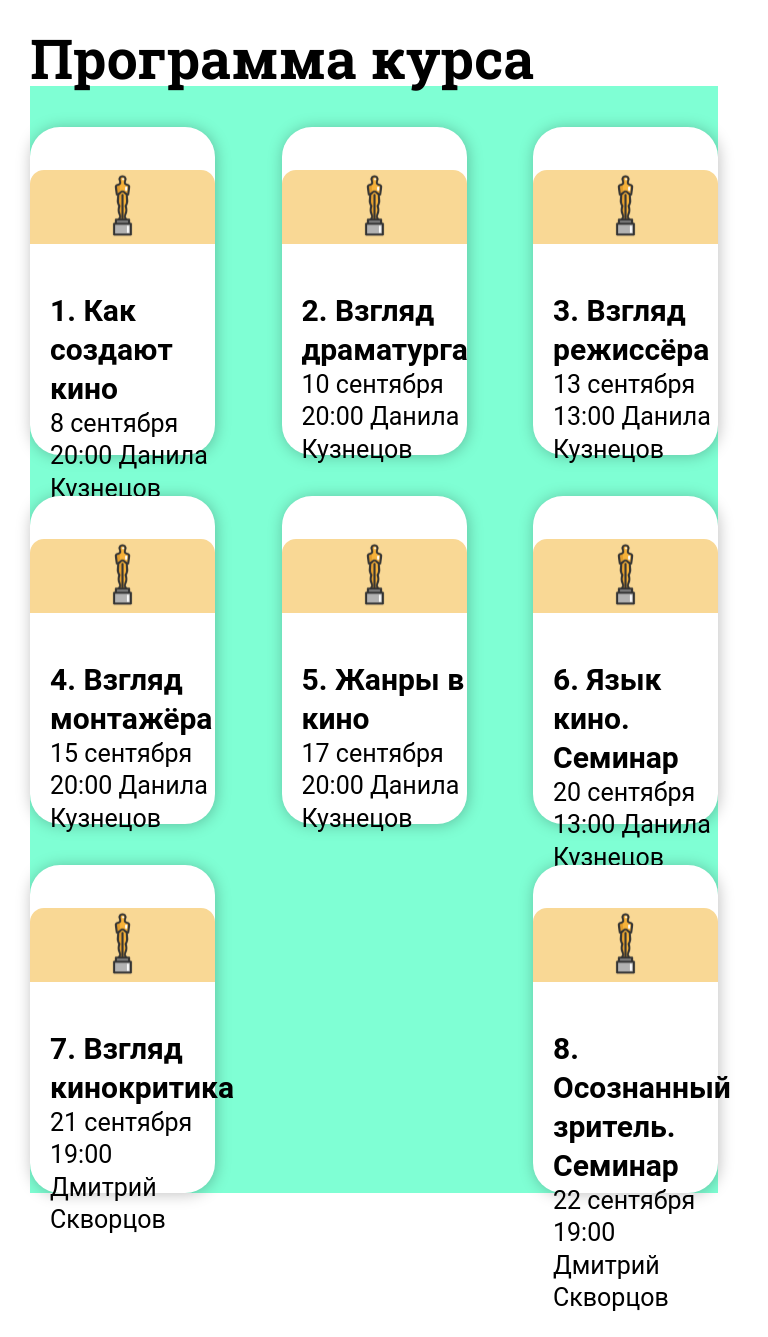
Repository: MehdiKerimov/Figma-task-18
Page: pages/homePage/index.html
An editor plug-in stored every save of this project. The page is shown before and after the next save, followed by the edit.
The browser window is 768 px wide. The pictures show the whole page.
The style sheet was rebuilt from its Sass, Less or Tailwind sources for each picture, by a compiler version that may differ from the author's.

Above is the page before, as saved 2023-11-28 10:33:57.

After the next save:
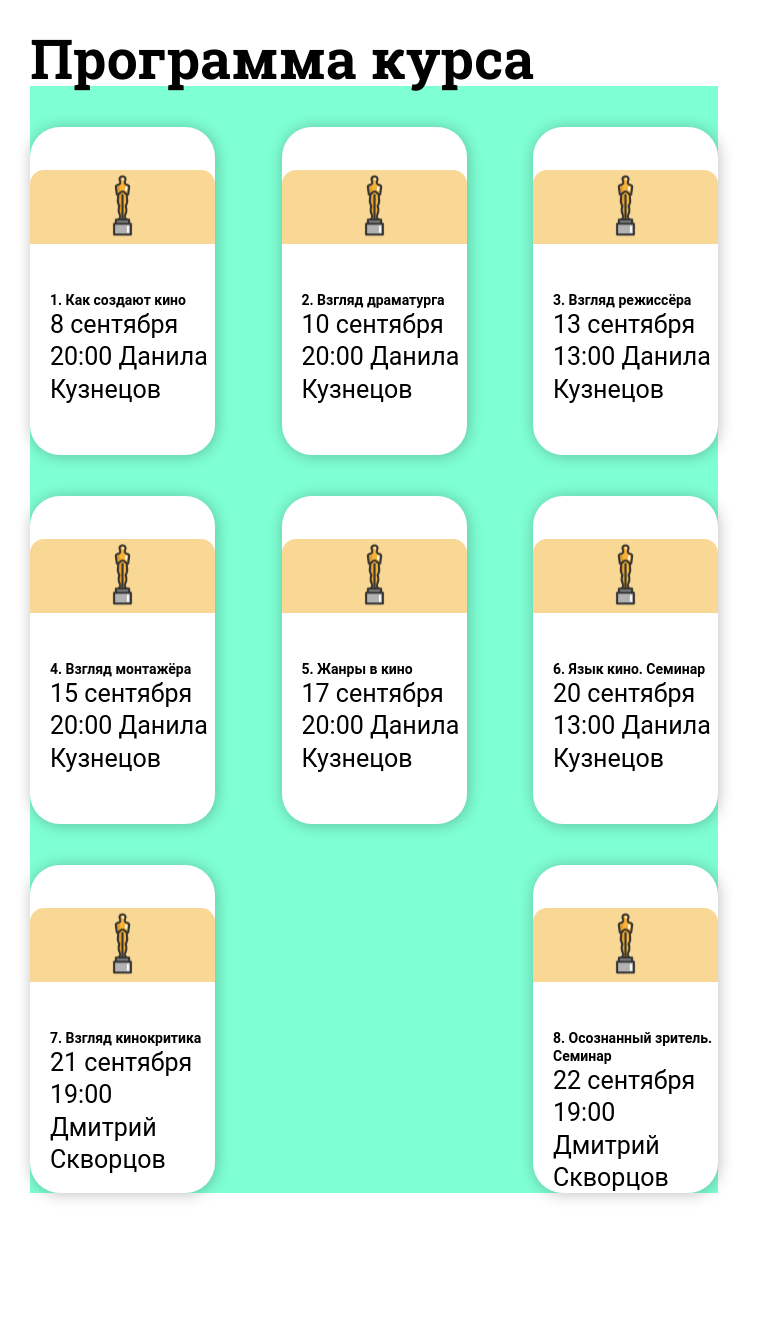
Saved 5 s later.
--- a/pages/homePage/index.scss
+++ b/pages/homePage/index.scss
@@ -49,7 +49,7 @@
                 font-weight: 700;
                 line-height: 130%;
                 @media screen and (max-width:768px) {
-
+        font-size: 14px;
                 }
             }
 
